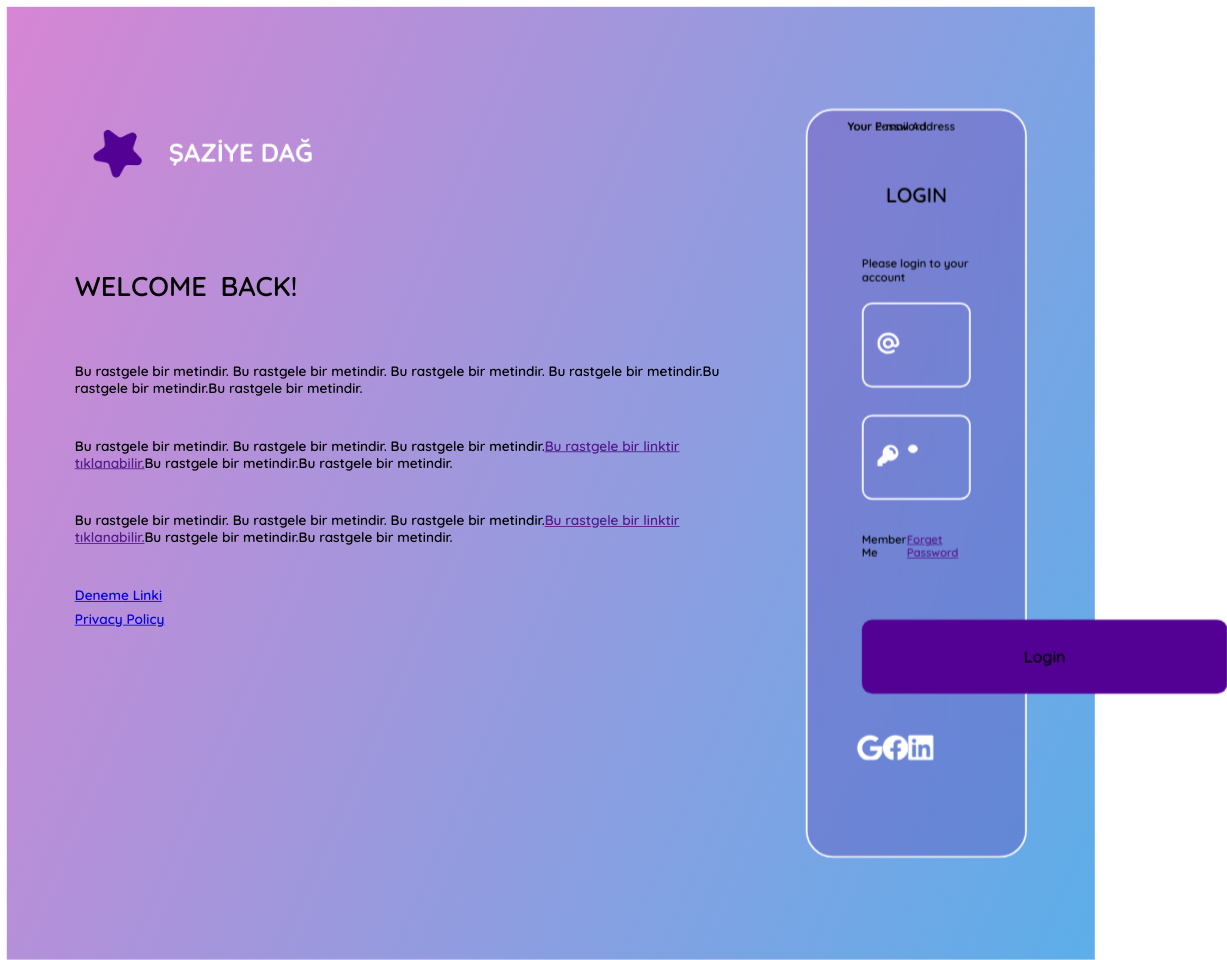
Repository: szydag/login
Page: /
These files come from the project's save history. The page is drawn as it stood at one moment and after the next save; the edit follows.
The browser window is 1280 px wide. The page is 1444 px wide, then 1288 px, so the pictures cover 1444 px, including what lies to the right of the window. The pictures show the whole page, at 85% of full size.
The project was rebuilt for these pictures with package versions that can differ from the ones it lists, and the page was loaded fresh each time. Also part of the build but not shown: src/assets/svgr/unhiddenIcon/index.js.

Above is the page before, as saved 2023-10-25 00:56:55.

### src/index.js
import React from 'react';
import ReactDOM from 'react-dom/client';
import App from './app/index';
import {
    BrowserRouter
} from "react-router-dom";

const root = ReactDOM.createRoot(document.getElementById('root'));
root.render(
    <BrowserRouter>
        <App />
    </BrowserRouter>
);

### src/app/index.js
import LoginPage from "./pages/login";
import useStyles from "./style";

const App = () => {
    const classes = useStyles();
    return <div
        className={classes.main}
    >
        <LoginPage />
    </div>

};

export default App;

### src/app/pages/login/index.js
import React, { useEffect } from 'react'
import useStyles from './style';
import logo from './../../../assets/logo.png'
import MailIcon from './../../../assets/svgr/mailIcon/index.js'
import PasswordIcon from './../../../assets/svgr/passwordIcon/index.js'
import HiddenIcon from './../../../assets/svgr/hiddenIcon/index.js'
import UnhiddenIcon from './../../../assets/svgr/unhiddenIcon/index.js'
import GoogleIcon from './../../../assets/svgr/googleIcon/index.js'
import FacebookIcon from './../../../assets/svgr/facebookIcon/index.js'
import LinkedInIcon from './../../../assets/svgr/linkedInIcon/index.js'
const LoginPage = () => {

    const classes = useStyles();
    return <div
        className={classes.loginPage}
    >
        <div
            className={classes.promotionTexts}
        >
            <div
                className={classes.logo}
            >
                <img
                    src={logo}
                    alt=""
                />
            </div>
            <div
                className={classes.mainContent}
            >
                <div
                    className={classes.title}
                >
                    <h1>WELCOME</h1>
                    <h1>BACK!</h1>
                </div>
                <div
                    className={classes.contentText}
                >
                    <p>
                        Bu rastgele bir metindir. Bu rastgele bir metindir. Bu rastgele bir metindir. Bu rastgele bir metindir.Bu rastgele bir metindir.Bu rastgele bir metindir.
                    </p>
                    <p>
                        Bu rastgele bir metindir. Bu rastgele bir metindir. Bu rastgele bir metindir.
                        <a
                            href=""
                        >
                            Bu rastgele bir linktir tıklanabilir.
                        </a>
                        Bu rastgele bir metindir.Bu rastgele bir metindir.
                    </p>
                    <p>
                        Bu rastgele bir metindir. Bu rastgele bir metindir. Bu rastgele bir metindir.
                        <a
                            href=""
                        >
                            Bu rastgele bir linktir tıklanabilir.
                        </a>
                        Bu rastgele bir metindir.Bu rastgele bir metindir.
                    </p>
                </div>
                <div
                    className={classes.links}
                >
                    <a
                        href="

                    ">
                        Deneme Linki
                    </a>
                    <a
                        href="

                    ">
                        Privacy Policy
                    </a>
                </div>

            </div>
        </div>
        <div
            className={classes.loginArea}
        >
            <div
                className={classes.header}
            >
                <h2>LOGIN</h2>
                <h5>Please login to your account</h5>
            </div>
            <div
                className={classes.container}
            >
                <div
                    className={classes.loginMainContent}
                >
                    <div
                        className={classes.inputArea}
                    >
                        <div
                            className={classes.mailInput}
                        >
                            <div
                                className={classes.content}
                            >
                                <MailIcon
                                    color='#ffffff'
                                    size={30}
                                ></MailIcon>

                            </div>
                            <div
                                className={classes.inputTitle}
                            >
                                <h5>Your E-mail  Address</h5>
                            </div>
                        </div>
                        <div
                            className={classes.passwordInput}
                        >
                            <div
                                className={classes.content}
                            >
                                <PasswordIcon
                                    color='#ffffff'
                                    size={30}
                                >
                                </PasswordIcon>
                                <HiddenIcon
                                    color='#ffffff'
                                    size={30}
                                >

                                </HiddenIcon>
                            </div>
                            <div
                                className={classes.inputTitle}
                            >
                                <h5>Your Password</h5>
                            </div>

                        </div>
                    </div>
                    <div
                        className={classes.passwordSettingsArea}
                    >
                        <div
                            className={classes.memberMeArea}
                        >
                            <h5>Member Me</h5>
                        </div>
                        <h5>
                            <a href="">
                                Forget Password
                            </a>
                        </h5>
                    </div>
                </div>
                <div
                    className={classes.loginButton}
                >
                    <h3>Login</h3>
                </div>
            </div>
            <div
                className={classes.accountSettings}
            >
                <div
                    className={classes.accountSettingsTitle}
                >

                </div>
                <div
                    className={classes.socialMediaIcons}
                >
                    <GoogleIcon
                        color='#ffffff'
                        size={30}
                    >
                    </GoogleIcon>
                    <FacebookIcon
                        color='#ffffff'
                        size={30}
                    >
                    </FacebookIcon>
                    <LinkedInIcon
                        color='#ffffff'
                        size={30}
                    >
                    </LinkedInIcon>
                </div>
                <div
                    className={classes.newAccountArea}
                >

                </div>
            </div>
        </div>
    </div>
}

export default LoginPage;

### src/app/style.js
import { createUseStyles } from "react-jss";

const useStyles = createUseStyles({
    "@font-face": [
        {
            fontFamily: "Quicksand-Bold",
            src: 'url("/public/assets/fonts/Quicksand-Bold.ttf")',
            fontStyle: "normal"
        },
        {
            fontFamily: "Quicksand-Light",
            src: 'url("/public/assets/fonts/Quicksand-Light.ttf")',
            fontStyle: "normal"
        },
        {
            fontFamily: "Quicksand-Medium",
            src: 'url("/public/assets/fonts/Quicksand-Medium.ttf")',
            fontStyle: "normal"
        },
        {
            fontFamily: "Quicksand-Regular",
            src: 'url("/public/assets/fonts/Quicksand-Regular.ttf")',
            fontStyle: "normal"
        },
        {
            fontFamily: "Quicksand-SemiBold",
            src: 'url("/public/assets/fonts/Quicksand-SemiBold.ttf")',
            fontStyle: "normal"
        }
    ],
    main: {
        fontFamily: "Quicksand-SemiBold",
        width: '100vw',
        height: '100vh',
    },
})
export default useStyles;

### src/app/pages/login/style.js

import { createUseStyles } from "react-jss";

const useStyles = createUseStyles({
    "@font-face": [
        {
            fontFamily: "Quicksand-Bold",
            src: 'url("/public/assets/fonts/Quicksand-Bold.ttf")',
            fontStyle: "normal"
        },
        {
            fontFamily: "Quicksand-Light",
            src: 'url("/public/assets/fonts/Quicksand-Light.ttf")',
            fontStyle: "normal"
        },
        {
            fontFamily: "Quicksand-Medium",
            src: 'url("/public/assets/fonts/Quicksand-Medium.ttf")',
            fontStyle: "normal"
        },
        {
            fontFamily: "Quicksand-Regular",
            src: 'url("/public/assets/fonts/Quicksand-Regular.ttf")',
            fontStyle: "normal"
        },
        {
            fontFamily: "Quicksand-SemiBold",
            src: 'url("/public/assets/fonts/Quicksand-SemiBold.ttf")',
            fontStyle: "normal"
        }
    ],
    h1: {
        fontFamily: 'Quicksand-SemiBold',
    },
    loginPage: {
        display: 'flex',
        padding: '120px 80px',
        alignItems: 'flex-start',
        gap: '80px',
        background: 'linear-gradient(113deg, #B9A675 0%, #D685D3 0%, #5CAEE9 100%)',
    },
    promotionTexts: {
        width: '50vw',
        display: 'flex',
        flexDirection: 'column',
        alignItems: 'flex-start',
        gap: '64px',
        flex: '1 0 0',
        alignSelf: 'stretch',
    },
    logo: {
        display: 'flex',
        alignItems: 'center',
        gap: '8px',
    },
    mainContent: {
        display: 'flex',
        flexDirection: 'column',
        justifyContent: ' center',
        alignItems: 'flex-start',
        gap: '32px',
        alignSelf: 'stretch',
    },
    title: {
        display: 'flex',
        alignItems: 'flex-start',
        gap: '16px',
    },
    contentText: {
        display: 'flex',
        flexDirection: 'column',
        alignItems: 'flex - start',
        gap: '16px',
        alignSelf: 'stretch',
    },
    links: {
        display: 'flex',
        flexDirection: 'column',
        alignItems: 'flex-start',
        gap: '8px',
    },
    loginArea: {
        width: '10vw',
        display: 'flex',
        padding: '64px',
        flexDirection: 'column',
        justifyContent: 'center',
        alignItems: 'center',
        alignSelf: 'stretch',
        borderRadius: '32px',
        border: '2px solid #FFF',
        background: 'rgba(83, 0, 148, 0.20)',
        backdropFilter: 'blur(45px)',
    },
    header: {
        display: 'flex',
        flexDirection: 'column',
        alignItems: 'center',
        gap: '16px',
    },
    container: {
        display: 'flex',
        flexDirection: 'column',
        alignItems: 'flex-start',
        gap: '48px',
        alignSelf: 'stretch',
    },
    loginMainContent: {
        display: 'flex',
        flexDirection: 'column',
        justifyContent: 'center',
        alignItems: 'center',
        gap: '16px',
        alignSelf: 'stretch',
    },
    inputArea: {
        display: 'flex',
        flexDirection: 'column',
        alignItems: 'flex-start',
        gap: '32px',
        alignSelf: 'stretch',
    },
    mailInput: {
        display: 'flex',
        height: '64px',
        padding: '16px',
        flexDirection: 'column',
        justifyContent: 'center',
        alignItems: 'flex-start',
        gap: '437px',
        alignSelf: 'stretch',
        borderRadius: '12px',
        border: '2px solid #FFF',
    },
    content: {
        display: 'flex',
        justifyContent: 'center',
        alignItems: 'center',
        gap: '6px',
    },
    inputTitle: {
        display: 'flex',
        padding: '0px 10px',
        alignItems: 'center',
        gap: '10px',
        position: 'absolute',
        left: '37px',
        top: '-12px',
    },
    passwordInput: {
        display: 'flex',
        height: '64px',
        padding: '16px',
        justifyContent: 'space-between',
        alignItems: 'center',
        alignSelf: 'stretch',
        borderRadius: '12px',
        border: '2px solid #FFF',
    },
    passwordSettingsArea: {
        display: 'flex',
        justifyContent: 'space-between',
        alignItems: 'flex-start',
        alignSelf: 'stretch',
    },
    memberMeArea: {
        display: 'flex',
        alignItems: 'center',
        gap: '16px',
    },
    loginButton: {
        display: 'flex',
        padding: '13px 215px',
        justifyContent: 'center',
        alignItems: 'center',
        gap: '10px',
        alignSelf: 'stretch',
        borderRadius: '12px',
        background: '#530094',
    },
    accountSettings: {
        display: 'flex',
        flexDirection: 'column',
        alignItems: 'center',
        gap: '48px',
    },
    accountSettingsTitle: {
        display: 'flex',
        justifyContent: 'center',
        alignItems: 'center',
        gap: '8px',
    },
    socialMediaIcons: {
        width: '140px',
        height: '31.492px',
    },
    newAccountArea: {
        display: 'flex',
        justifyContent: 'center',
        alignItems: 'flex-start',
        gap: '16px',
    },
})
export default useStyles;

### src/assets/svgr/mailIcon/index.js
import * as React from "react"
const MailIcon = ({
    color = "#ffffff",
    size = 30,
    ...props
}) => {
    const pathScale = 30 / size;
    return <svg
        xmlns="http://www.w3.org/2000/svg"
        width={size}
        height={size}
        fill="none"
        {...props}
    >
        <path
            fill={color}
            transform={`scale(${1 / 1})`}
            d="M19.894 6.125c-3.807-3.661-9.98-3.661-13.788 0s-3.808 9.597 0 13.258c3.31 3.183 8.41 3.6 12.187 1.248.753-.47 1.759-.263 2.247.461.488.725.273 1.692-.48 2.161-5.038 3.138-11.837 2.586-16.252-1.66-5.077-4.881-5.077-12.796 0-17.678 5.076-4.881 13.308-4.881 18.384 0C24.73 6.355 26 9.558 26 12.755c0 2.588-2.183 4.687-4.875 4.687a4.982 4.982 0 0 1-2.925-.937c-1.186 1.517-3.074 2.5-5.2 2.5-3.59 0-6.5-2.799-6.5-6.25 0-3.453 2.91-6.25 6.5-6.25s6.5 2.797 6.5 6.25c0 .862.727 1.562 1.625 1.562s1.625-.7 1.625-1.563c0-2.402-.952-4.798-2.856-6.629Zm-3.644 6.63c0-1.727-1.455-3.126-3.25-3.126s-3.25 1.4-3.25 3.125c0 1.726 1.455 3.125 3.25 3.125s3.25-1.399 3.25-3.125Z"
        />
    </svg>
}
export default MailIcon

### src/assets/svgr/passwordIcon/index.js
import * as React from "react"
const PasswordIcon = ({
    color = "#ffffff",
    size = 30,
    ...props
}) => {
    const pathScale = 30 / size;
    return <svg
        xmlns="http://www.w3.org/2000/svg"
        width={size}
        height={size}
        fill="none"
        {...props}
    >
        <path
            fill={color}
            transform={`scale(${1 / 1})`}
            d="M25 9.63a9.375 9.375 0 0 1-12.098 8.972L9.375 22.13H6.25v3.125H0v-6.25l6.652-6.652A9.375 9.375 0 1 1 25 9.63Zm-9.375-6.25a1.563 1.563 0 0 0 0 3.124c1.726 0 3.125 1.4 3.125 3.125a1.563 1.563 0 0 0 3.125 0 6.25 6.25 0 0 0-6.25-6.25Z"
        />
    </svg>
}
export default PasswordIcon

### src/assets/svgr/hiddenIcon/index.js
import * as React from "react"
const HiddenIcon = ({
    color = "#ffffff",
    size = 30,
    ...props
}) => {
    const pathScale = 30 / size;
    return <svg
        xmlns="http://www.w3.org/2000/svg"
        width={size}
        height={size}
        fill="none"
        {...props}
    >
        <path
            fill={color}
            transform={`scale(${1 / 1})`}
            d="M0 5.03C.801 2.115 3.185 0 6 0s5.199 2.115 6 5.03c-.801 2.915-3.185 5.03-6 5.03S.801 7.945 0 5.03Zm8.515 0C8.515 6.617 7.39 7.904 6 7.904c-1.39 0-2.515-1.287-2.515-2.874C3.485 3.443 4.61 2.156 6 2.156c1.39 0 2.515 1.287 2.515 2.874Z"
        />
    </svg>
}
export default HiddenIcon

### src/assets/svgr/googleIcon/index.js
import * as React from "react"
const GoogleIcon = ({
    color = "#ffffff",
    size = 30,
    ...props
}) => {
    const pathScale = 30 / size;
    return <svg
        xmlns="http://www.w3.org/2000/svg"
        width={size}
        height={size}
        fill="none"
        {...props}
    >
        <path
            fill={color}
            transform={`scale(${1 / 1})`}
            d="M30.5 16.357c0 8.698-5.957 14.889-14.754 14.889A15.228 15.228 0 0 1 .5 16 15.228 15.228 0 0 1 15.746.754c4.106 0 7.561 1.506 10.223 3.99l-4.15 3.99C16.392 3.496 6.298 7.43 6.298 16c0 5.318 4.248 9.627 9.449 9.627 6.037 0 8.3-4.328 8.656-6.572h-8.656v-5.243H30.26c.142.78.24 1.53.24 2.545Z"
        />
    </svg>
}
export default GoogleIcon

### src/assets/svgr/facebookIcon/index.js
import * as React from "react"
const FacebookIcon = ({
    color = "#ffffff",
    size = 30,
    ...props
}) => {
    const pathScale = 30 / size;
    return <svg
        xmlns="http://www.w3.org/2000/svg"
        width={size}
        height={size}
        fill="none"
        {...props}
    >
        <path
            fill={color}
            transform={`scale(${1 / 1})`}
            d="M30.5 15.754c0-8.286-6.714-15-15-15s-15 6.714-15 15c0 7.487 5.485 13.692 12.656 14.819V20.09h-3.81v-4.336h3.81V12.45c0-3.759 2.238-5.835 5.666-5.835 1.641 0 3.358.293 3.358.293v3.689h-1.892c-1.863 0-2.444 1.156-2.444 2.343v2.815h4.16l-.666 4.336h-3.494v10.483C25.014 29.446 30.5 23.24 30.5 15.754Z"
        />
    </svg>
}
export default FacebookIcon

### src/assets/svgr/linkedInIcon/index.js
import * as React from "react"
const LinkedInIcon = ({
    color = "#ffffff",
    size = 30,
    ...props
}) => {
    const pathScale = 30 / size;
    return <svg
        xmlns="http://www.w3.org/2000/svg"
        width={size}
        height={size}
        fill="none"
        {...props}
    >
        <path
            fill={color}
            transform={`scale(${1 / 1})`}
            d="M28.357.754H2.637C1.456.754.5 1.725.5 2.917v25.674c0 1.192.958 2.163 2.136 2.163h25.721c1.179 0 2.143-.97 2.143-2.163V2.917c0-1.192-.964-2.163-2.143-2.163ZM9.567 26.468H5.121V12.151h4.453v14.317h-.007ZM7.344 10.196a2.58 2.58 0 0 1 0-5.156 2.584 2.584 0 0 1 2.578 2.578 2.575 2.575 0 0 1-2.578 2.578Zm18.89 16.272h-4.446v-6.964c0-1.66-.034-3.797-2.31-3.797-2.317 0-2.672 1.808-2.672 3.677v7.084h-4.447V12.151h4.266v1.956h.06c.596-1.125 2.05-2.31 4.212-2.31 4.5 0 5.337 2.966 5.337 6.823v7.848Z"
        />
    </svg>
}
export default LinkedInIcon

Loaded but not shown: public/index.html (common file)

After the next save:
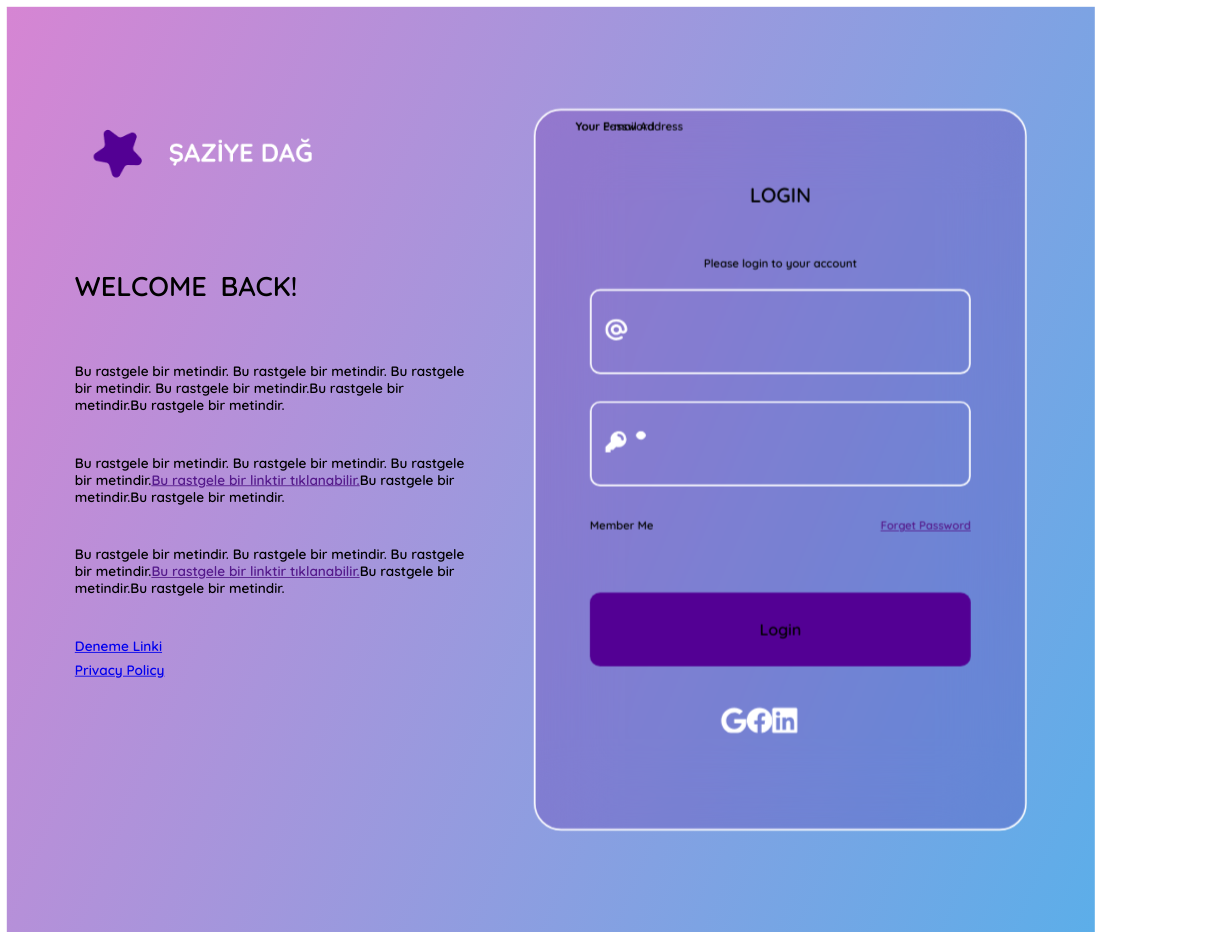
Saved 22 s later.
--- a/src/app/pages/login/style.js
+++ b/src/app/pages/login/style.js
@@ -80,7 +80,7 @@ const useStyles = createUseStyles({
         gap: '8px',
     },
     loginArea: {
-        width: '10vw',
+        width: '35vw',
         display: 'flex',
         padding: '64px',
         flexDirection: 'column',
